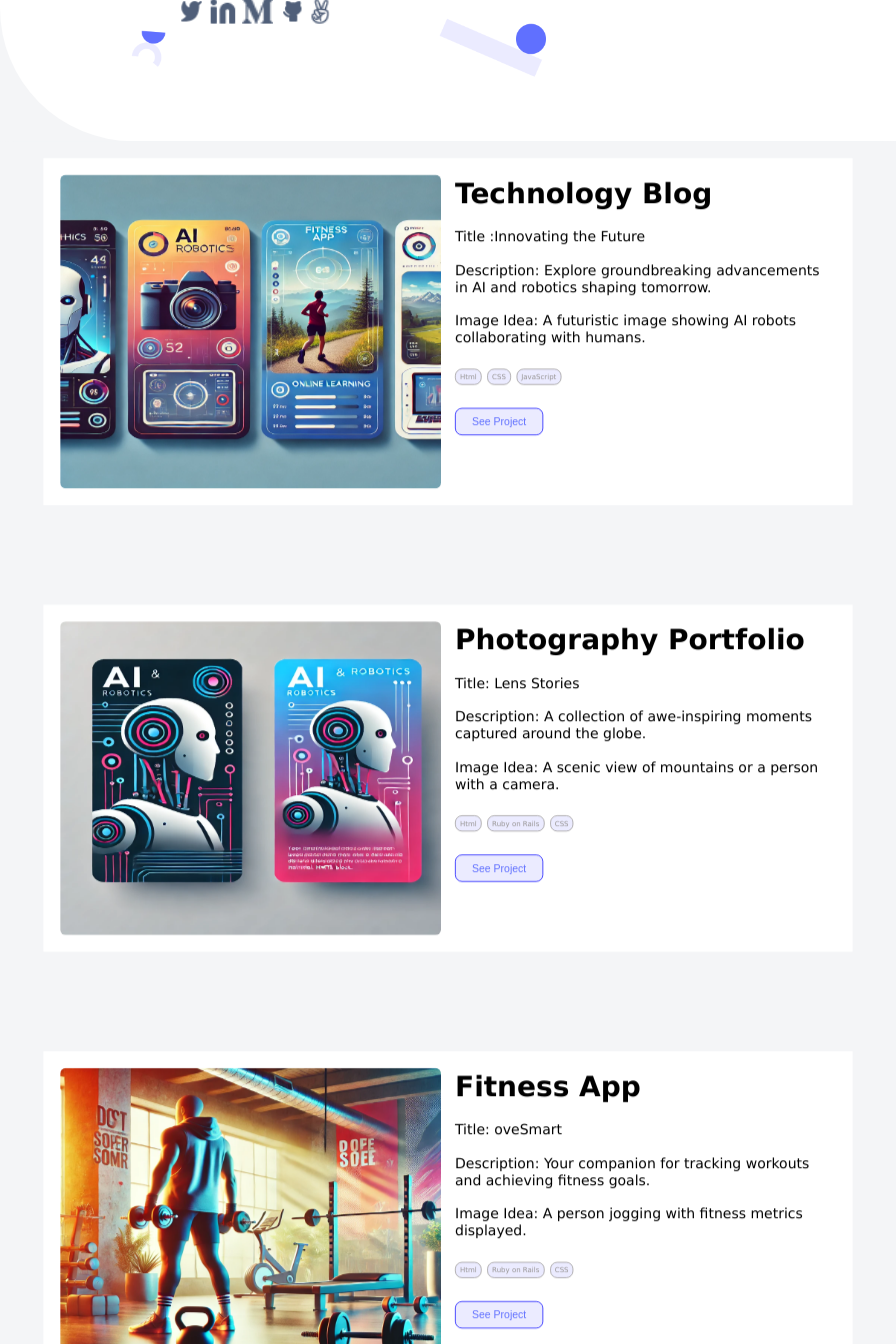
Repository: usman3123/portfolio-template-3
Page: index.html
An editor plug-in stored every save of this project. The page is shown before and after the next save, followed by the edit.
The browser window is 1280 px wide. The pictures show the part of the page from y = 644 to 2564 px (the page is 4613 px tall before and 2203 px after), at 70% of full size.
Some web libraries are served in a nearby version.

Above is the page before, as saved 2025-02-18 12:19:57.

After the next save:
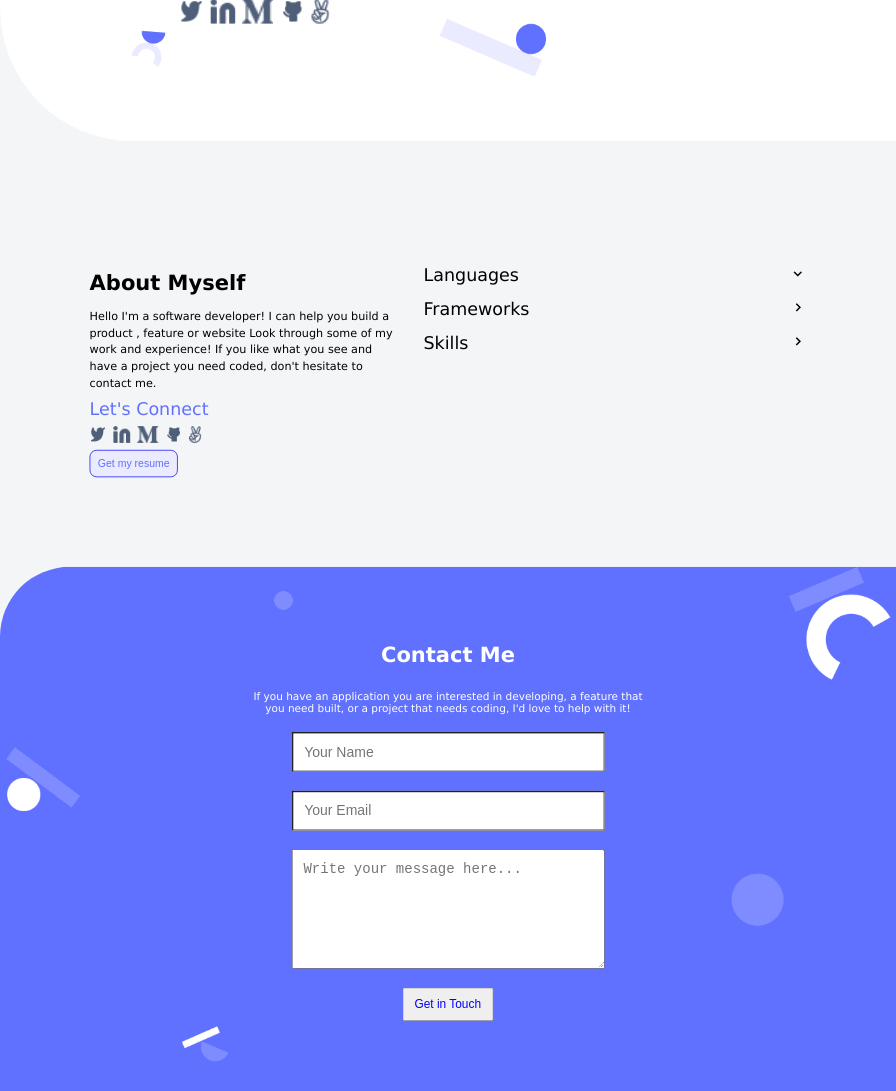
Console error: SyntaxError: missing ) after argument list
Saved 91 s later.
--- a/index.js
+++ b/index.js
@@ -161,6 +161,8 @@
       langicon.addEventListener("click",()=> {
         const langdisplay = document.querySelector(".about-lang")
         langdisplay.classList.add("block")
+        console.log(click detected)
+
       })
 
     })

After the save that followed:
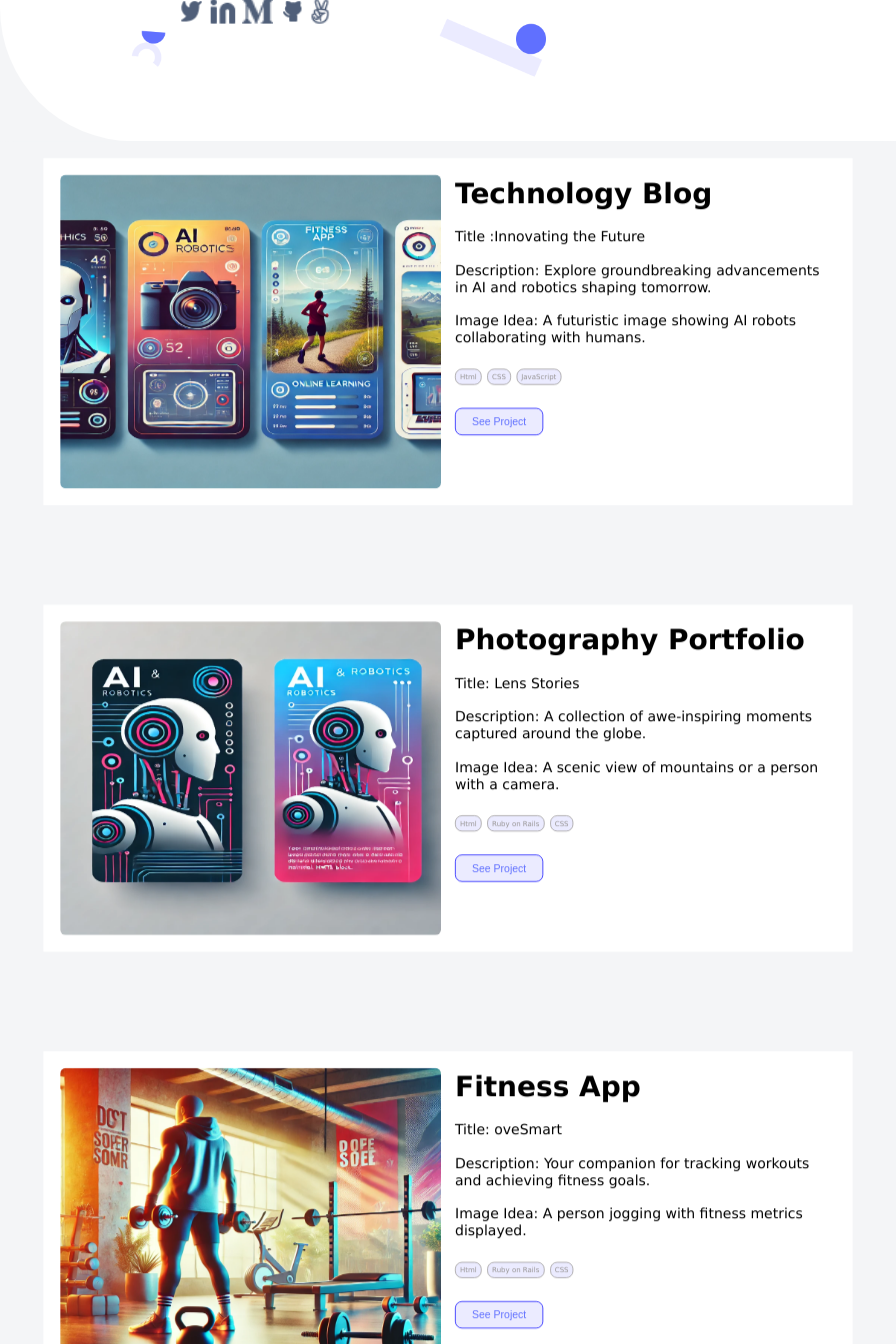
The error is gone.
Saved 8 s later.
--- a/index.js
+++ b/index.js
@@ -161,7 +161,7 @@
       langicon.addEventListener("click",()=> {
         const langdisplay = document.querySelector(".about-lang")
         langdisplay.classList.add("block")
-        console.log(click detected)
+        console.log(clickdetected)
 
       })
 
